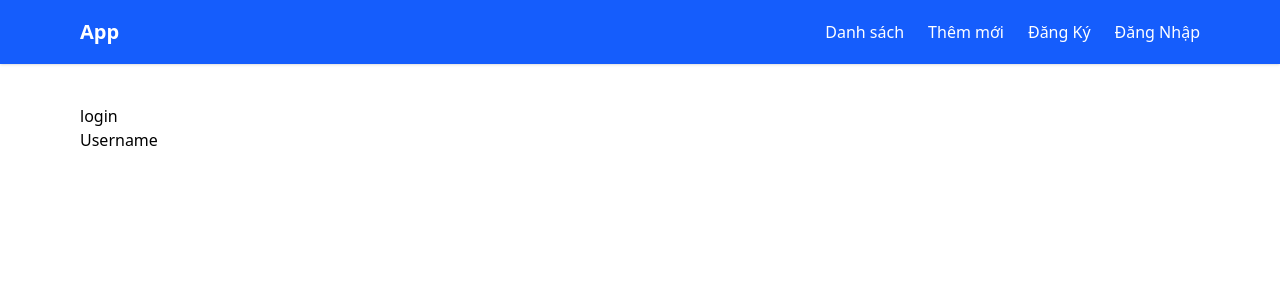
Repository: DODUCHUY195/Lap_Trinh_TypeScript
Page: /login
The author's editor kept a copy of each file at every save. The page is drawn from the files as they stood at one save, then again after the next save.
The browser window is 1280 px wide. The pictures show the whole page.
The project was rebuilt for these pictures with package versions that can differ from the ones it lists, and the page was loaded fresh each time. Also part of the build but not shown: vite.config.ts, src/pages/List.tsx, src/pages/Add.tsx, src/pages/Edit.tsx.

Above is the page before, as saved 2026-01-26 19:11:40.

After the next save:
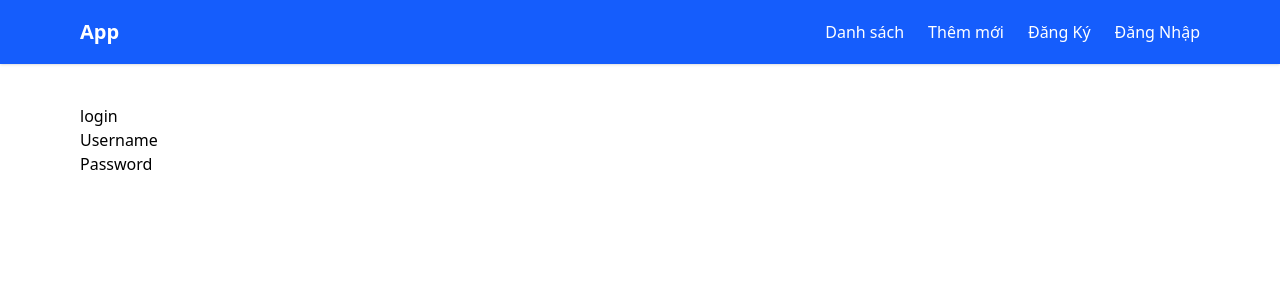
Saved 14 s later.
--- a/src/pages/AuthPage.tsx
+++ b/src/pages/AuthPage.tsx
@@ -10,6 +10,12 @@ function AuthPage({ isRegister }: BooleanProps) {
         <div>
             <label htmlFor="username">Username</label>
             <input type="text" id="username" name="username" />
+
+        </div>
+
+        <div>
+            <label htmlFor="password">Password</label>
+            <input type="password" id="password" name="password" />
         </div>
     </form>
   </div>;
